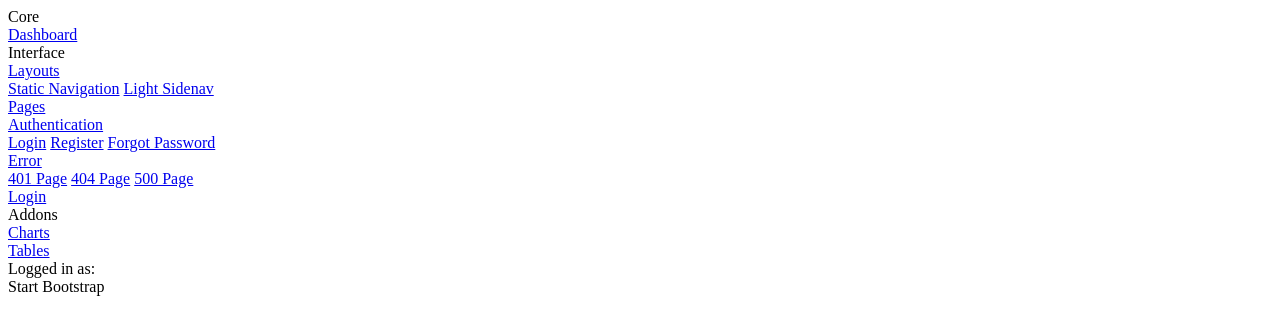
Repository: AHSANS354/MSIB5-Mini-Project
Page: http://localhost/admin/menu.php
The author's editor kept a copy of each file at every save. The page is drawn from the files as they stood at one save, then again after the next save.
The browser window is 1280 px wide. The pictures show the whole page.
The page is run by PHP 8.4 with error messages shown; the project is at /var/www/html/.

Above is the page before, as saved 2023-10-04 23:20:09.

### admin/menu.php
<div id="layoutSidenav">
            <div id="layoutSidenav_nav">
                <nav class="sb-sidenav accordion sb-sidenav-dark" id="sidenavAccordion">
                    <div class="sb-sidenav-menu">
                        <div class="nav">
                            <div class="sb-sidenav-menu-heading">Core</div>
                            <a class="nav-link" href="index.php?url=dashboard">
                                <div class="sb-nav-link-icon"><i class="fas fa-tachometer-alt"></i></div>
                                Dashboard
                            </a>
                            <div class="sb-sidenav-menu-heading">Interface</div>
                            <a class="nav-link collapsed" href="#" data-bs-toggle="collapse" data-bs-target="#collapseLayouts" aria-expanded="false" aria-controls="collapseLayouts">
                                <div class="sb-nav-link-icon"><i class="fas fa-columns"></i></div>
                                Layouts
                                <div class="sb-sidenav-collapse-arrow"><i class="fas fa-angle-down"></i></div>
                            </a>
                            <div class="collapse" id="collapseLayouts" aria-labelledby="headingOne" data-bs-parent="#sidenavAccordion">
                                <nav class="sb-sidenav-menu-nested nav">
                                    <a class="nav-link" href="layout-static.html">Static Navigation</a>
                                    <a class="nav-link" href="layout-sidenav-light.html">Light Sidenav</a>
                                </nav>
                            </div>
                            <a class="nav-link collapsed" href="#" data-bs-toggle="collapse" data-bs-target="#collapsePages" aria-expanded="false" aria-controls="collapsePages">
                                <div class="sb-nav-link-icon"><i class="fas fa-book-open"></i></div>
                                Pages
                                <div class="sb-sidenav-collapse-arrow"><i class="fas fa-angle-down"></i></div>
                            </a>
                            <div class="collapse" id="collapsePages" aria-labelledby="headingTwo" data-bs-parent="#sidenavAccordion">
                                <nav class="sb-sidenav-menu-nested nav accordion" id="sidenavAccordionPages">
                                    <a class="nav-link collapsed" href="#" data-bs-toggle="collapse" data-bs-target="#pagesCollapseAuth" aria-expanded="false" aria-controls="pagesCollapseAuth">
                                        Authentication
                                        <div class="sb-sidenav-collapse-arrow"><i class="fas fa-angle-down"></i></div>
                                    </a>
                                    <div class="collapse" id="pagesCollapseAuth" aria-labelledby="headingOne" data-bs-parent="#sidenavAccordionPages">
                                        <nav class="sb-sidenav-menu-nested nav">
                                            <a class="nav-link" href="login.html">Login</a>
                                            <a class="nav-link" href="register.html">Register</a>
                                            <a class="nav-link" href="password.html">Forgot Password</a>
                                        </nav>
                                    </div>
                                    <a class="nav-link collapsed" href="#" data-bs-toggle="collapse" data-bs-target="#pagesCollapseError" aria-expanded="false" aria-controls="pagesCollapseError">
                                        Error
                                        <div class="sb-sidenav-collapse-arrow"><i class="fas fa-angle-down"></i></div>
                                    </a>
                                    <div class="collapse" id="pagesCollapseError" aria-labelledby="headingOne" data-bs-parent="#sidenavAccordionPages">
                                        <nav class="sb-sidenav-menu-nested nav">
                                            <a class="nav-link" href="401.html">401 Page</a>
                                            <a class="nav-link" href="404.html">404 Page</a>
                                            <a class="nav-link" href="500.html">500 Page</a>
                                        </nav>
                                    </div>
                                    <a class="nav-link collapsed" href="index.php?url=login">
                                        Login
                                    </a>
                                </nav>
                            </div>
                            <div class="sb-sidenav-menu-heading">Addons</div>
                            <a class="nav-link" href="charts.html">
                                <div class="sb-nav-link-icon"><i class="fas fa-chart-area"></i></div>
                                Charts
                            </a>
                            <a class="nav-link" href="tables.html">
                                <div class="sb-nav-link-icon"><i class="fas fa-table"></i></div>
                                Tables
                            </a>
                        </div>
                    </div>
                    <div class="sb-sidenav-footer">
                        <div class="small">Logged in as:</div>
                        Start Bootstrap
                    </div>
                </nav>
            </div>
            <div id="layoutSidenav_content">
                <main>

After the next save:
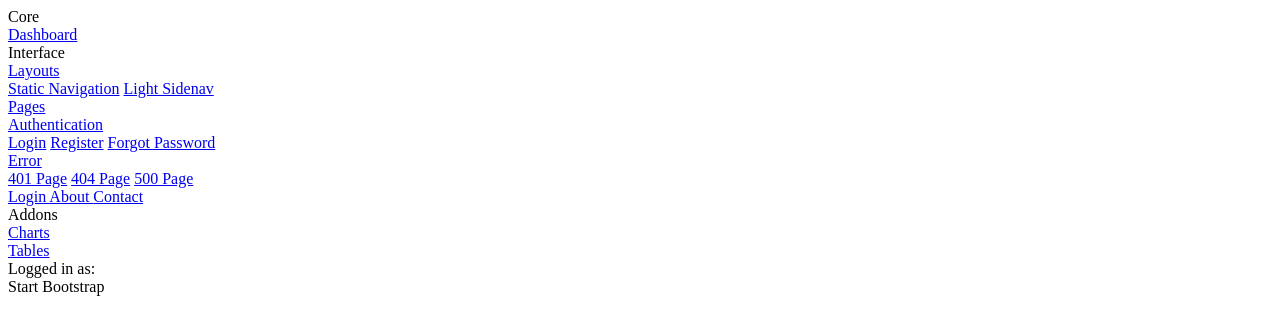
Saved 5 min 6 s later.
--- a/admin/menu.php
+++ b/admin/menu.php
@@ -52,6 +52,12 @@
                                     <a class="nav-link collapsed" href="index.php?url=login">
                                         Login
                                     </a>
+                                    <a class="nav-link collapsed" href="index.php?url=about">
+                                        About
+                                    </a>
+                                    <a class="nav-link collapsed" href="index.php?url=contact">
+                                        Contact
+                                    </a>
                                 </nav>
                             </div>
                             <div class="sb-sidenav-menu-heading">Addons</div>
